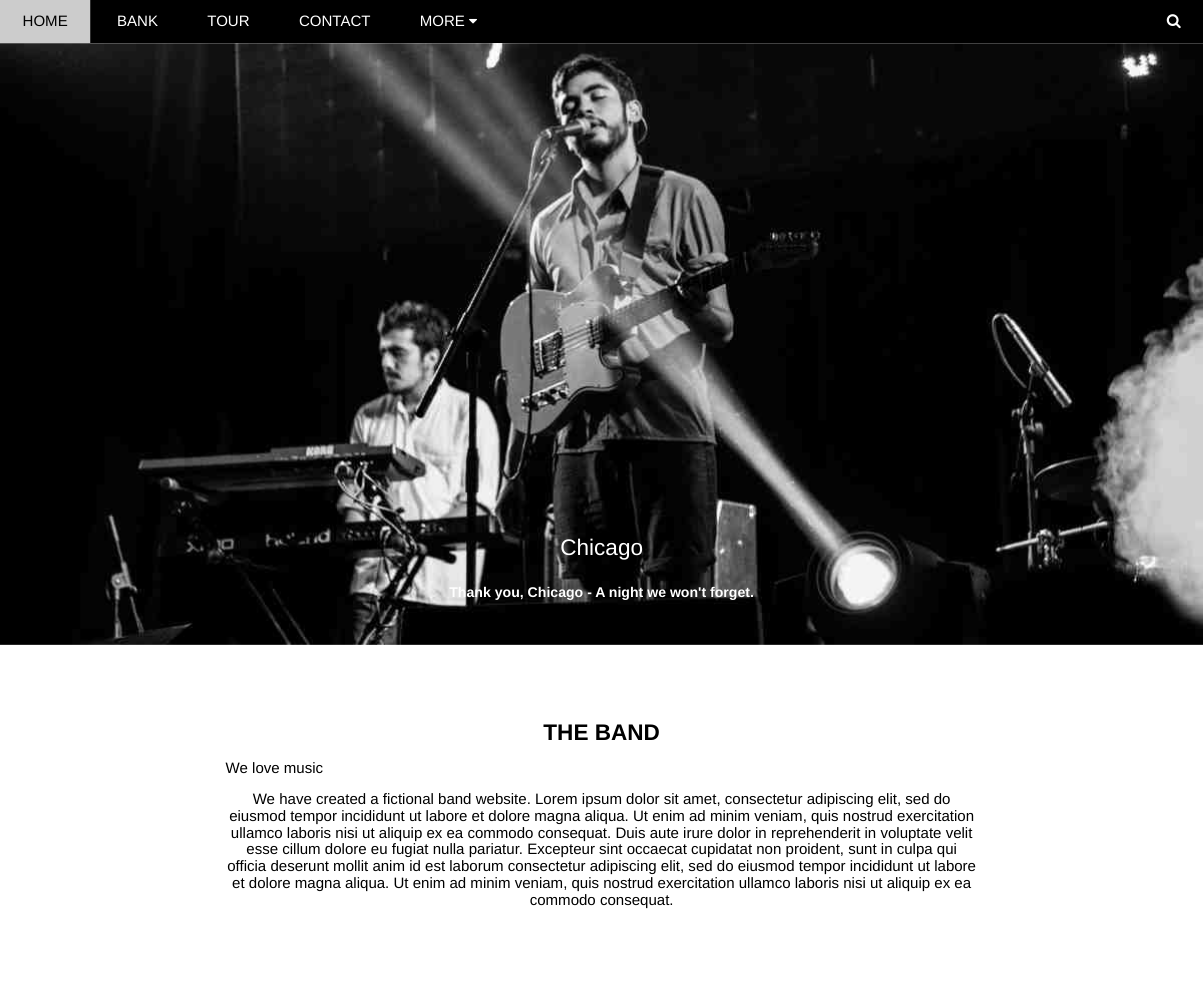
Repository: vuongtm1999/TheBand_W3School
Page: index.html
The author's editor kept a copy of each file at every save. The page is drawn from the files as they stood at one save, then again after the next save.
The browser window is 1280 px wide. The pictures show the whole page, at 94% of full size.

Above is the page before, as saved 2022-08-25 17:26:27.

### index.html
<!DOCTYPE html>
<html lang="en">
<head>
    <meta charset="UTF-8">
    <meta http-equiv="X-UA-Compatible" content="IE=edge">
    <meta name="viewport" content="width=device-width, initial-scale=1.0">
    <title>Document</title>
    <link rel="stylesheet" href="./assets/css/style.css">
    <link rel="stylesheet" href="https://cdnjs.cloudflare.com/ajax/libs/font-awesome/4.7.0/css/font-awesome.min.css">

</head>
<body>
        <div id="header">
            <!-- begin: nav -->
            <ul id="nav">
                <li><a href="#">Home</a></li>
                <li><a href="#">Bank</a></li>
                <li><a href="#">Tour</a></li>
                <li><a href="#">Contact</a></li>
                <li>
                    <a href="#">More <i style="font-size: 15px;" class="fa fa-caret-down"></i></a>
                    <ul class="subnav">
                        <li><a href="#">Merchandise</a></li>
                        <li><a href="#">Extras</a></li>
                        <li><a href="#">Media</a></li>
                    </ul>
                </li>
            </ul>
            <!-- end: nav -->

            <!-- begin: search button -->
            <div class="search-button">
                <i class="fa fa-search"></i>
            </div>
            <!-- end: search button -->
        </div>

        <div id="slider">
            <div class="text-content">
                <div class="container">
                    <h3 class=text-heading>
                        Chicago
                    </h3>
                    <div class="text-description">
                        Thank you, Chicago - A night we won't forget.
                    </div>
                </div>
            </div>
        </div>

        <div id="content">
            <!-- about section -->
            <div class="content-section">
                <h2 class="section-heading">THE BAND</h2>
                <p class="section-sub-heading">We love music</p>
                <p class="section-about-text">We have created a fictional band website. Lorem ipsum dolor sit amet, consectetur adipiscing elit, sed do eiusmod tempor incididunt ut labore et dolore magna aliqua. Ut enim ad minim veniam, quis nostrud exercitation ullamco laboris nisi ut aliquip ex ea commodo consequat. Duis aute irure dolor in reprehenderit in voluptate velit esse cillum dolore eu fugiat nulla pariatur. Excepteur sint occaecat cupidatat non proident, sunt in culpa qui officia deserunt mollit anim id est laborum consectetur adipiscing elit, sed do eiusmod tempor incididunt ut labore et dolore magna aliqua. Ut enim ad minim veniam, quis nostrud exercitation ullamco laboris nisi ut aliquip ex ea commodo consequat.</p>
            </div>

        </div>

        <div id="footer">

        </div>
    </div>
</body>
</html>

### assets/css/style.css
/* reset CSS */
* {
    margin: 0;
    padding: 0;
    box-sizing: border-box;
}

html {
    font-family: Helvetica, Arial, sans-serif;
}

#nav, .subnav{
    list-style-type: none;
}

#nav{
    display: inline-block;
}

/*
Nguyen tac lam viec
1. Vi tri
2. Kich thuoc
3. Mau sac
4. Kieu dang (kieu chu, hinh tron hay hinh vuong,...)
*/

/*
Tu ngoai vao trong
Tu tren xuong duoi
TU tong quan den chi tiet
 */

#main {}

#header {
    position: fixed;
    z-index: 1;
    height: 46px;
    background-color: #000;
    color: #fff;
    top: 0;
    left: 0;
    right: 0;
}

#nav li {
    text-decoration: none;
    line-height: 46px;
}

a{
    text-decoration: none;
}

#nav > li > a {
    /* display: inline-block; */
    padding: 0px 24px;
    color: #ffffff;
    text-transform: uppercase;
}

#nav > li {
    display: inline-block;
}

#nav li:last-child {
    position: relative;
}

#nav .subnav {
    background-color: #fff;
    position: absolute;
    display: none;
    top: 100%;
    left: 0;
    box-shadow:  0px 0px 10px rgba(0, 0, 0, 0.3);
    min-width: 160px;
}

#nav .subnav a{
    color: #000;
    padding: 0px 12px;
    line-height: 30px;
    display: inline-block;
    width: 100%;
}

#nav .subnav li:hover,
#nav > li:hover > a {
    color: #000;
    background-color: #ccc;
    display: block;
}

#nav > li:last-child:hover .subnav{
    display: block;
}

/* search btn */
#header .search-button{
    float: right;
    line-height: 46px;
    padding: 0 24px;
}

#header .search-button:hover{
    background-color: #f44336;
    cursor: pointer;
}

#slider {
    /* background-color: rgb(27, 22, 22); */
    margin-top: 46px;
/* padding-top bang 50% chieu rong cua thanh phan do */
    padding-top: 50%;
    position: relative;
    background: url("/assets/img/chicago.jpg") top center / cover no-repeat;
}

#slider .text-content{
    position: absolute;
    color: white;
    bottom: 48px;

    /* cach 1 */
    /* left: 50%;
    transform: translateX(-50%); */
    /* cach 2 */
    /* left: 0;
    right: 0; */
    /* cach 3 */
    width: 100%;
    text-align: center;
}

.text-heading{
    font-size: 24px;
    font-weight: 400;
}

.text-description{
    margin-top: 25px;
    font-weight: bolder;
    font-size: 15px;
}

#content .content-section{
    width: 800px;
    padding: 64px 0;
    margin-left: auto;
    margin-right: auto;
}

.section-heading,
.section-about-text{
    margin: 15px 0px;
    text-align: center;
}


#container {
    /* height: 500px;
    background-color: #ccc; */
}

#content {}

#footer {}

After the next save:
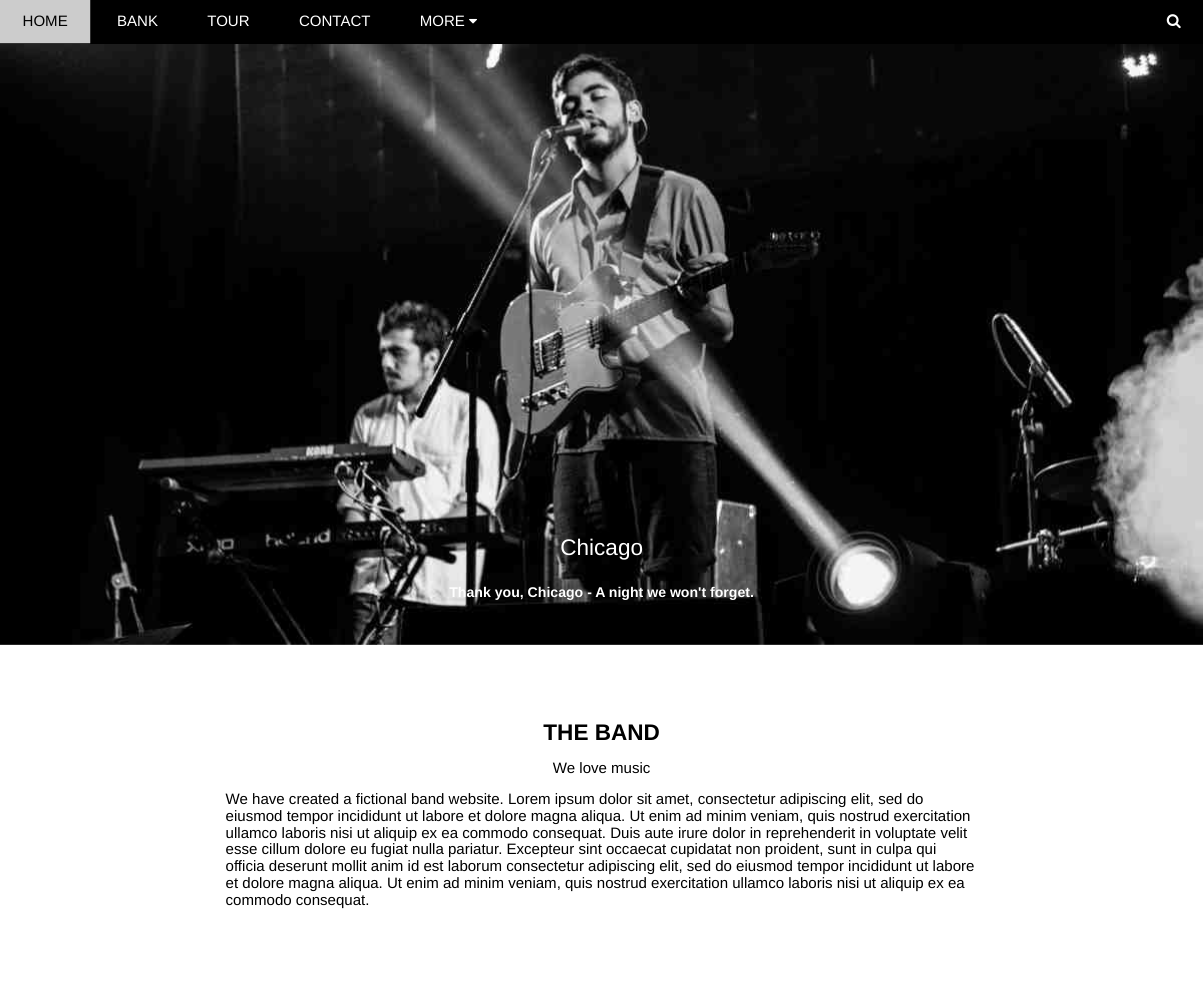
Saved 35 s later.
--- a/assets/css/style.css
+++ b/assets/css/style.css
@@ -155,6 +155,10 @@ a{
 .section-heading,
 .section-about-text{
     margin: 15px 0px;
+}
+
+.section-heading,
+.section-sub-heading{
     text-align: center;
 }
 
